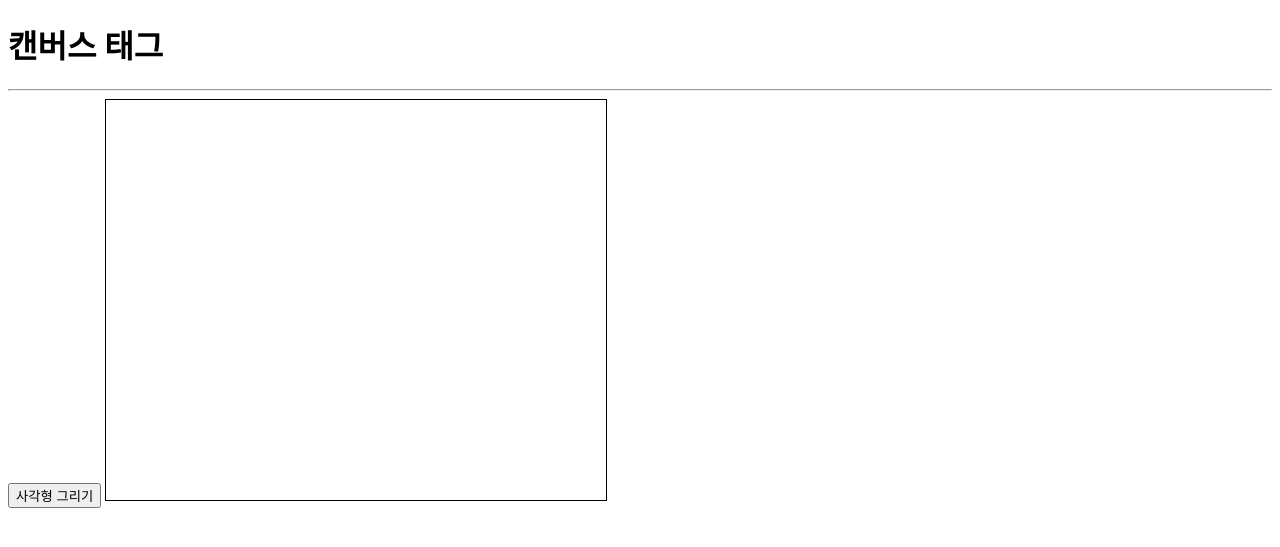
Repository: seokhoyoun/HTML_CSS
Page: html5Projects/web/views/testCanvas.html
These files come from the project's save history. The page is drawn as it stood at one moment and after the next save; the edit follows.
The browser window is 1280 px wide. The pictures show the whole page.
After loading, the first visible `button` was clicked once.

Above is the page before, as saved 2019-02-01 10:16:33.
Console error: TypeError: document.getElementByid is not a function

### html5Projects/web/views/testCanvas.html
<!DOCTYPE html>
<html>
<head>
<meta charset="UTF-8">
<title>canvas</title>
<style type="text/css">
		canvas{
		border : 1px solid black;
		}
</style>
<script type="text/javascript">
	function draw_m(){
		var m_canvas = document.getElementByid("m");
		var m_ctx = m_canvas.getContext("2d");
		m_ctx.fillStyle = "rgb(200, 0 ,0)";
		m_ctx.fillRect(10, 10, 100, 100);
	}
</script>
</head>
<body>
<h1>캔버스 태그</h1>
<hr>
<button onclick="draw_m();">사각형 그리기</button>
<canvas id="m" width="500" height="400"></canvas>
</body>
</html>

After the next save:
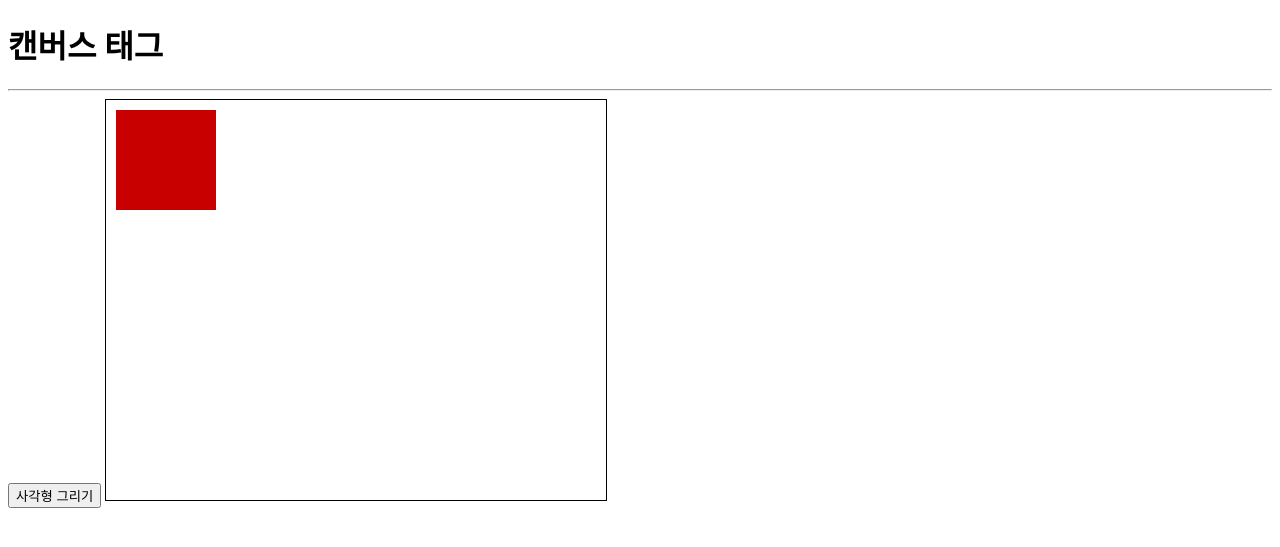
The error is gone.
Saved 16 s later.
--- a/html5Projects/web/views/testCanvas.html
+++ b/html5Projects/web/views/testCanvas.html
@@ -10,7 +10,7 @@
 </style>
 <script type="text/javascript">
 	function draw_m(){
-		var m_canvas = document.getElementByid("m");
+		var m_canvas = document.getElementById("m");
 		var m_ctx = m_canvas.getContext("2d");
 		m_ctx.fillStyle = "rgb(200, 0 ,0)";
 		m_ctx.fillRect(10, 10, 100, 100);
